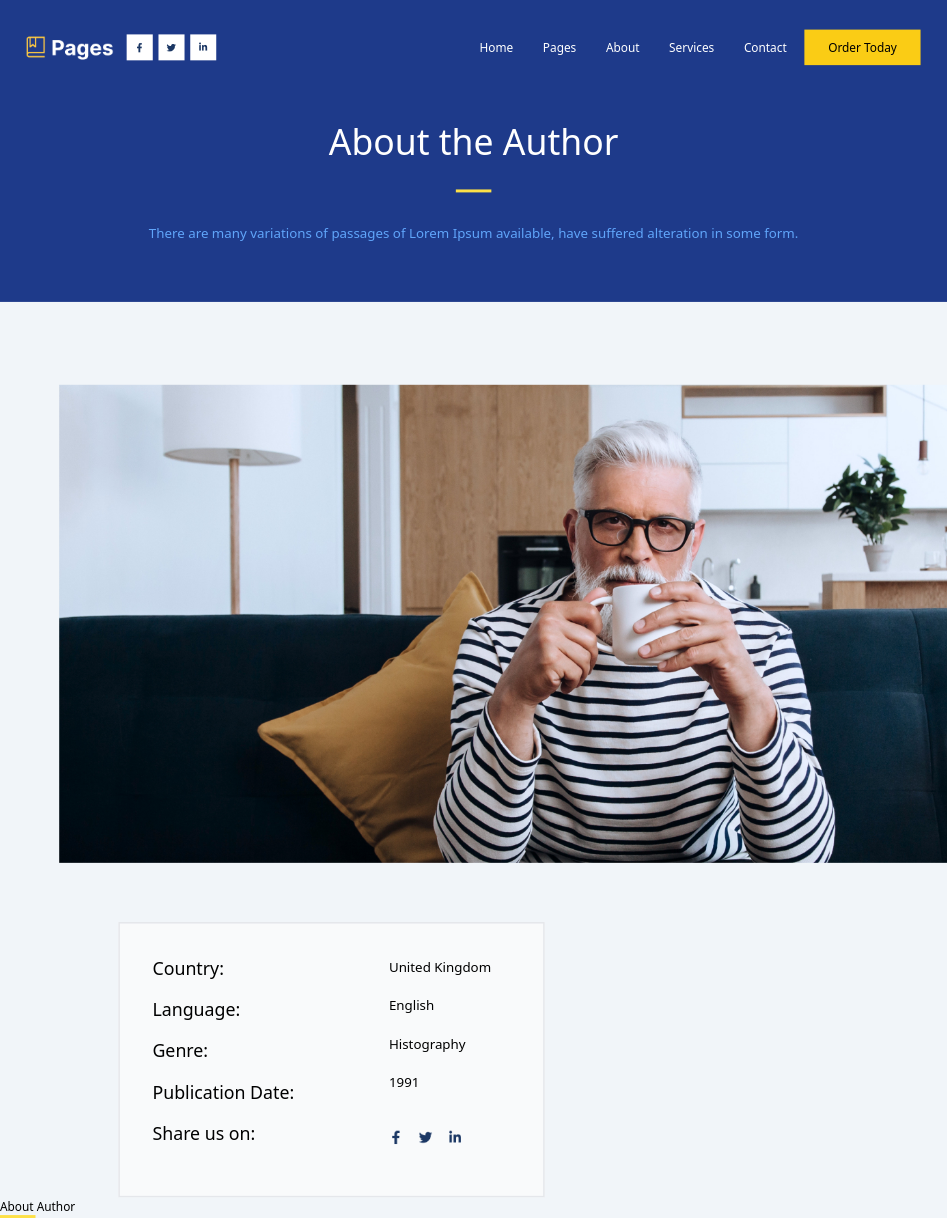
Repository: Godnorg/Class3
Page: index.html
An editor plug-in stored every save of this project. The page is shown before and after a run of saves, followed by the edit.
The browser window is 1280 px wide. The pictures show the whole page, at 74% of full size.
Some web libraries are served in a nearby version.

Above is the page before, as saved 2023-02-20 02:27:44.

### index.html
<!DOCTYPE html>
<html lang="en">
<head>
    <meta charset="UTF-8">
    <meta http-equiv="X-UA-Compatible" content="IE=edge">
    <meta name="viewport" content="width=device-width, initial-scale=1.0">
    <title>Class3</title>
    <script src="https://cdn.tailwindcss.com"></script>
</head>
<body class="w-full bg-blue-900">
<div class="flex items-center justify-between w-full pt-10 mx-auto px-9 max-w-7xl">
    <div class="flex gap-4 ">
    <img src="./Logo.png">
    <img src="./soc-icons.png" class="h-9">
    </div>
    <div class="flex gap-6">
        <ul class="flex items-center gap-10 text-white">
            <li><a href="#">Home</a></li>
            <li><a href="#">Pages</a></li>
            <li><a href="#">About</a></li>
            <li><a href="#">Services</a></li>
            <li><a href="#">Contact</a></li>
        </ul>
        <button class="px-8 py-3 mx-auto bg-yellow-400 font-sans-serif">Order Today</button>
    </div>
    </div>
    <div class="items-center mx-auto">
    <h1 class="items-center pt-20 pb-10 text-5xl text-center text-white">About the Author</h1>
        <div
            class="items-center w-12 h-1 mx-auto text-center bg-yellow-300">
        </div>
        <p class="items-center pt-10 pb-20 mx-auto text-lg text-center text-blue-400">There are many variations of passages of Lorem Ipsum available, have suffered alteration in some form.</p>
    </div>

    <div class= "bg-slate-100">
        <div class="relative w-full pb-20 pl-20 mx-auto pt-28 max-w-7xl">
        <img src="./oldman2.jpg">
        </div>
        <div class="max-w-xl ml-40 mr-96 bg-gray-50">
            <div class="flex mt-0 border-2 pt-11 px-11 pb-11">
                <div class="pr-32">
                <h2 class="pb-6 text-2xl">Country:</h2>
                <h2 class="pb-6 text-2xl">Language:</h2>
                <h2 class="pb-6 text-2xl">Genre:</h2>
                <h2 class="pb-6 text-2xl">Publication Date:</h2>
                <h2 class="pb-6 text-2xl">Share us on:</h2>
                </div>
                <div class="p-0">
                <p class="pb-6 pr-0 text-lg">United Kingdom</p>
                <p class="pb-6 pr-0 text-lg">English</p>
                <p class="pb-6 pr-0 text-lg">Histography</p>
                <p class="pb-6 pr-0 text-lg">1991</p>
                <img src="./socialmedia.png" class="pb-6 pr-0 pt-7">
                </div>
            </div>
        </div>
        <div>
          <h1>About Author</h1>
          <div class="w-12 h-1 bg-yellow-300"></div>
    </div>
</div>

</body>
</html>

After the next 4 saves:
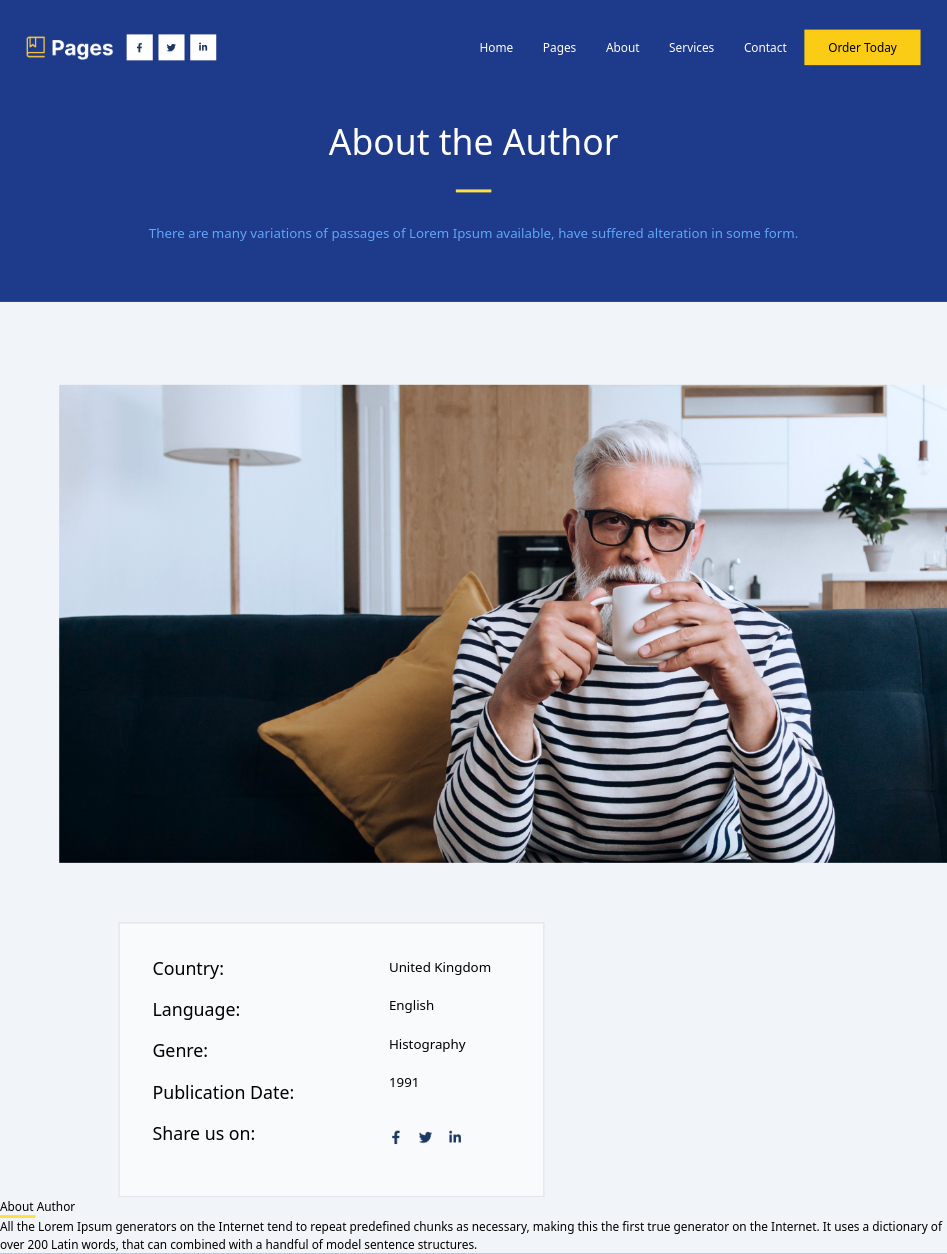
The 4 saves are shown as one change because they came seconds apart.
The last was saved 29 s later.
--- a/index.html
+++ b/index.html
@@ -57,7 +57,9 @@
         <div>
           <h1>About Author</h1>
           <div class="w-12 h-1 bg-yellow-300"></div>
-    </div>
+          <p>All the Lorem Ipsum generators on the Internet tend to repeat predefined chunks as necessary, making this the first true generator on the Internet. It uses a dictionary of over 200 Latin words, that can combined with a handful of model sentence structures.</p>
+
+        </div>
 </div>
 
 </body>
